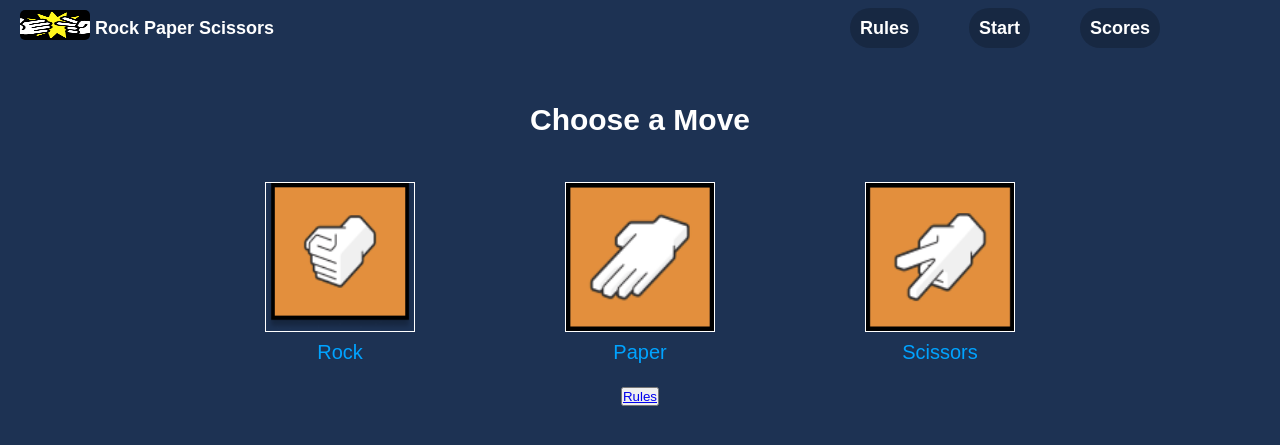
Repository: MikkyPrestige/rock-paper-scissors
Page: game.html
These files come from the project's save history. The page is drawn as it stood at one moment and after the next save; the edit follows.
The browser window is 1280 px wide. The pictures show the whole page.

Above is the page before, as saved 2023-05-08 06:48:11.

### game.html
<!DOCTYPE html>
<html lang="en">

<head>
  <meta charset="UTF-8">
  <meta http-equiv="X-UA-Compatible" content="IE=edge">
  <meta name="viewport" content="width=device-width, initial-scale=1.0">
  <title>Rock, Paper, Scissors</title>
  <link rel="stylesheet" href="./index.css">
</head>

<body>
  <main>
    <header>
      <figure class="headerLogo">
        <a href="/">
          <img src="./img/logo.png" alt="Logo" class="logo">
        </a>
        <figcaption class="logoCaption">Rock Paper Scissors</figcaption>
      </figure>
      <nav>
        <ul>
          <li><a href="#rule">Rules</a></li>
          <li><a href="./game.html">Start</a></li>
          <li><a href="#">Scores</a></li>
        </ul>
      </nav>
    </header>
    <section class="game">
      <h1 class="game--title">Choose a Move</h1>
      <figure class="game--images">
        <div class="game--img">
          <img src="./img/rock.png" alt="Rock image">
          <figcaption class="game--caption">Rock</figcaption>
        </div>
        <div class="game--img">
          <img src="./img/paper.png" alt="paper image">
          <figcaption class="game--caption">Paper</figcaption>
        </div>
        <div class="game--img">
          <img src="./img/scissors.png" alt="scissors image">
          <figcaption class="game--caption">Scissors</figcaption>
        </div>
      </figure>
      <button class="rule-btn">
        <a href="./index.html#rule">Rules</a>
      </button>
    </section>
  </main>
</body>

</html>

### index.css
*,
*::after,
*::before {
  box-sizing: border-box;
  margin: 0;
  padding: 0;
}

html {
  font-size: 62.5%;
}

body {
  font-family: "Fira Sans", sans-serif;
  font-size: 1.6rem;
  line-height: 1.5;
  background: rgba(29, 50, 83, 1);
  color: rgba(255, 255, 255, 1);
  width: 100%;
  height: 100%;
}

main {
  display: flex;
  flex-direction: column;
  justify-content: center;
  align-items: center;
  gap: 2rem;
  height: 100%;
  width: 100%;
}

header {
  display: flex;
  justify-content: space-between;
  align-items: center;
  padding: 1rem 2rem;
  width: 100%;
  height: auto;
}

.headerLogo {
  display: flex;
  align-items: center;
  gap: .5rem;
  height: auto;
}

.logo {
  width: 7rem;
  height: 3rem;
  border-radius: .5rem;
  -webkit-border-radius: .5rem;
  -moz-border-radius: .5rem;
  -ms-border-radius: .5rem;
  -o-border-radius: .5rem;
}

.logoCaption {
  font-size: 1.8rem;
  font-weight: 600;
  color: rgba(255, 255, 255, 1);
}

nav {
  height: auto;
  margin-right: 10rem;
}

ul {
  display: flex;
  justify-content: center;
  align-items: center;
  gap: 5rem;
  list-style: none;
}

li a {
  font-size: 1.8rem;
  font-weight: 600;
  color: rgba(255, 255, 255, 1);
  background: linear-gradient(0deg, rgba(0, 0, 0, 0.2), rgba(0, 0, 0, 0.2)), #1D3253;
  text-decoration: none;
  padding: 1rem;
  border-radius: 2rem;
}

li a:hover {
  background: rgba(255, 255, 255, 1);
  color: rgba(29, 50, 83, 1);
  text-decoration: underline;
}

.home {
  display: flex;
  justify-content: center;
  align-items: center;
  width: 100%;
  height: 70vh;
}

.images {
  position: relative;
  height: 100%;
  flex-basis: 30%;
}

.img {
  background: rgba(253, 253, 253, 0.9);
  border-radius: 50%;
  -webkit-border-radius: 50%;
  -moz-border-radius: 50%;
  -ms-border-radius: 50%;
  -o-border-radius: 50%;
  width: 15rem;
  height: 15rem;
}

.rock {
  position: absolute;
  top: 5rem;
  left: 0rem;
}

.paper {
  position: absolute;
  top: 5rem;
  right: 5rem;
}

.scissors {
  position: absolute;
  bottom: 5rem;
  left: 8rem;
}

.content {
  display: flex;
  flex-direction: column;
  justify-content: center;
  align-items: center;
  gap: 2rem;
}

.content--title {
  font-size: 3.6rem;
  font-weight: 600;
  width: 70%;
  text-transform: uppercase;
}

.content-rock {
  color: rgba(195, 183, 183, 1);
}

.content-scissors {
  color: rgba(233, 35, 35, 1);
}

.content--text {
  font-size: 2.5rem;
  font-weight: 400;
  width: 70%;
}

.fun {
  color: rgba(233, 35, 35, 1);
}

.btn {
  width: 13rem;
  height: 5rem;
  background: #2C7AF0;
  border-radius: 1rem;
  -webkit-border-radius: 1rem;
  -moz-border-radius: 1rem;
  -ms-border-radius: 1rem;
  -o-border-radius: 1rem;
  border: none;
  margin-top: 5rem;
  transition: all .3s ease-in-out;
  -webkit-transition: all .3s ease-in-out;
  -moz-transition: all .3s ease-in-out;
  -ms-transition: all .3s ease-in-out;
  -o-transition: all .3s ease-in-out;
}

.btn a {
  text-decoration: none;
  font-size: 2rem;
  color: rgba(255, 255, 255, 1);
  cursor: pointer;
}

.btn a:hover {
  color: rgba(44, 122, 240, 1);
}

.btn:hover {
  background: rgba(255, 255, 255, .7);
}

.rule {
  width: 100%;
  height: 100%;
  background: #D0CEC9;
}

.rule--container {
  display: flex;
  flex-direction: column;
  justify-content: center;
  align-items: center;
  gap: 1rem;
  margin: 2rem;
}

.rule--title {
  font-size: 3rem;
  font-weight: 600;
  color: #000;
}

.rule--content {
  display: flex;
  justify-content: space-around;
  align-items: center;
}

.rule--img {
  width: 35rem;
  height: 35rem;
}

.rule--para {
  background: #C4C4C4;
  width: 50%;
  text-align: center;
  padding: 2rem 5rem;
  border-radius: 3rem;
  -webkit-border-radius: 3rem;
  -moz-border-radius: 3rem;
  -ms-border-radius: 3rem;
  -o-border-radius: 3rem;
  display: flex;
  flex-direction: column;
  justify-content: center;
  align-items: center;
  gap: 1rem;
}

.rule--text {
  color: rgba(0, 163, 255, 1);
}

.game {
  display: flex;
  flex-direction: column;
  justify-content: center;
  align-items: center;
  gap: 2rem;
  width: 100%;
  height: 100%;
}

.game--title {
  font-size: 3rem;
  font-weight: 600;
  margin: 2rem;
}

.game--images {
  display: flex;
  justify-content: center;
  align-items: center;
  gap: 15rem;
  width: 100%;
}

.game--img {
  display: flex;
  flex-direction: column;
  justify-content: center;
  align-items: center;
  gap: .5rem;
}

.game--img img {
  width: 15rem;
  height: 15rem;
  border: 1px solid #FFF;
}

.game--caption {
  font-size: 2rem;
  color: rgba(0, 163, 255, 1);
}

footer {
  margin: 1rem auto;
}

.footer--text {
  font-family: "Inter";
}

.footer--link {
  color: rgba(44, 122, 240, 1);
  text-decoration: none;
}

After the next save:
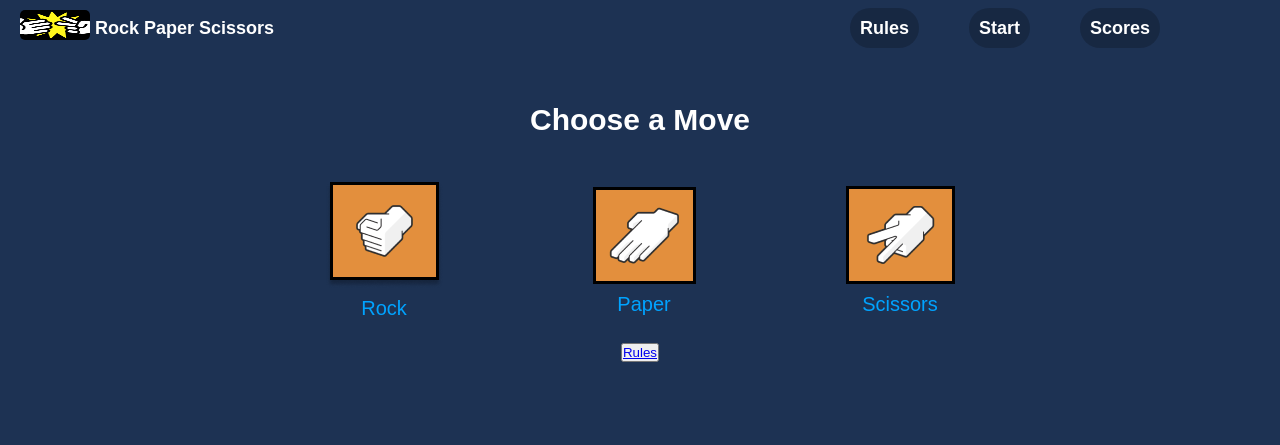
Saved 18 s later.
--- a/index.css
+++ b/index.css
@@ -285,11 +285,10 @@ li a:hover {
   gap: .5rem;
 }
 
-.game--img img {
+/* .game--img img {
   width: 15rem;
   height: 15rem;
-  border: 1px solid #FFF;
-}
+} */
 
 .game--caption {
   font-size: 2rem;
